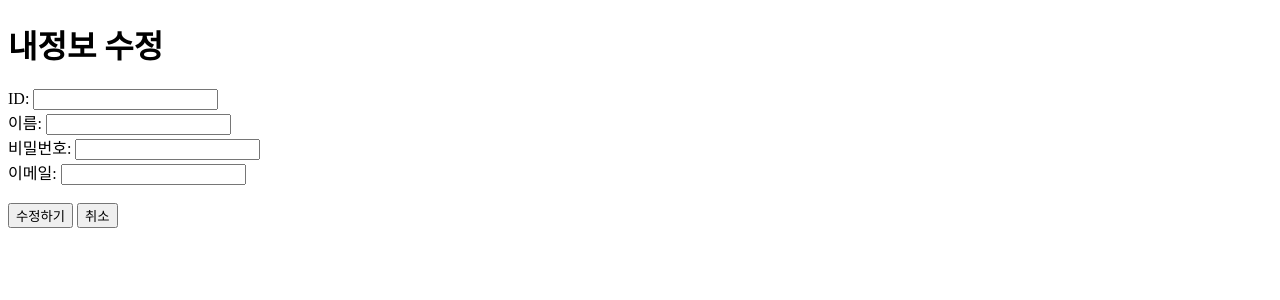
Repository: ejkim9090/FinalProject
Page: http://localhost/semiproject/myinfo
The author's editor kept a copy of each file at every save. The page is drawn from the files as they stood at one save, then again after the next save.
The browser window is 1280 px wide. The pictures show the whole page.
The page is served by Tomcat 9. Other server files are loaded and not shown.

Above is the page before, as saved 2023-02-21 12:01:08.
Console error: SyntaxError: Unexpected token '{'

### java/semiproject/WebContent/WEB-INF/view/myinfo.jsp
<%@ page language="java" contentType="text/html; charset=UTF-8"
    pageEncoding="UTF-8"%>
<%@ taglib prefix="c" uri="http://java.sun.com/jsp/jstl/core" %>
<!DOCTYPE html>
<head>
<meta charset="UTF-8"">
<title>내정보 수정</title>
<script src="https://code.jquery.com/jquery-3.6.3.js"></script>
</head>
<body>
	<h1>내정보 수정</h1>
		ID:
		<input type="text" value="${lgnss.id }" name="id">
		<br>
		이름:
		<input type="text" value="${lgnss.name }" name="name">
		<br>
		비밀번호:
		<input type="password" name="passwd" id="passwd">
		<span id="invaildChk"></span>
		<br>
		이메일:
		<input type="email" value="${lgnss.email }" name="email">
		<br><br>
		<button type="submit">수정하기</button>
		<button type="button" class="btn main">취소</button>
<script>
	$("#passwd").on("input", invalidChkPasswd);

	function invalidChkPasswd {
		let pass = $("#passwd").val();

		if(pass.length < 5) {
			$("#invaildChk").html("패스워드가 5글자 이하입니다. 5글자 이상으로 작성해 주세요.");
			$("#invaildChk").css("color", "red");
		} else {
			$("#invaildChk").html("패스워드가 5글자 이상입니다.");
			$("#invaildChk").css("color", "green");
		}
	}
</script>
</body>
</html>

### java/semiproject/src/kr/common/controller/MyinfoController.java
package kr.common.controller;

import java.io.IOException;
import java.util.List;

import javax.servlet.ServletException;
import javax.servlet.annotation.WebServlet;
import javax.servlet.http.HttpServlet;
import javax.servlet.http.HttpServletRequest;
import javax.servlet.http.HttpServletResponse;
import javax.servlet.http.HttpSession;
import javax.websocket.Session;

import kr.common.member.model.service.MemberService;
import kr.common.member.model.vo.MemberVo;

/**
 * Servlet implementation class MyinfoController
 */
@WebServlet("/myinfo")
public class MyinfoController extends HttpServlet {
	private static final long serialVersionUID = 1L;

    /**
     * @see HttpServlet#HttpServlet()
     */
    public MyinfoController() {
        super();
        // TODO Auto-generated constructor stub
    }

	/**
	 * @see HttpServlet#doGet(HttpServletRequest request, HttpServletResponse response)
	 */
	protected void doGet(HttpServletRequest request, HttpServletResponse response) throws ServletException, IOException {
		request.getRequestDispatcher("/WEB-INF/view/myinfo.jsp").forward(request, response);

	}

}

After the next save:
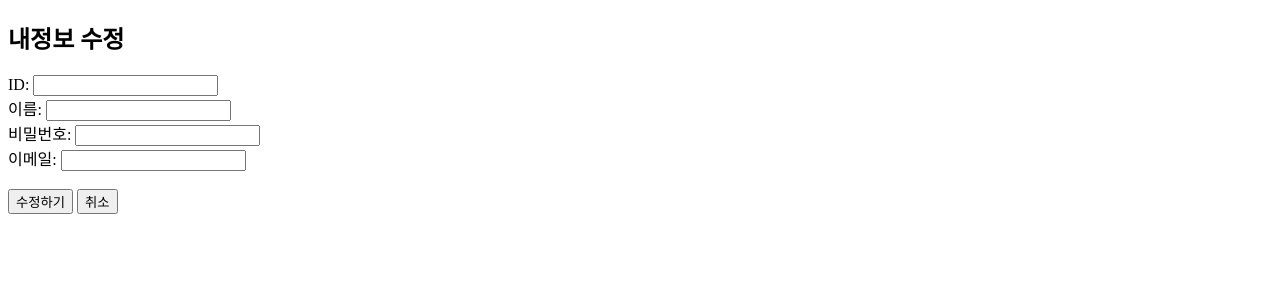
Saved 115 s later.
--- a/java/semiproject/WebContent/WEB-INF/view/myinfo.jsp
+++ b/java/semiproject/WebContent/WEB-INF/view/myinfo.jsp
@@ -7,8 +7,9 @@
 <title>내정보 수정</title>
 <script src="https://code.jquery.com/jquery-3.6.3.js"></script>
 </head>
-<body>
-	<h1>내정보 수정</h1>
+<body></body>
+	<section>
+		<h1>내정보 수정</h1>
 		ID:
 		<input type="text" value="${lgnss.id }" name="id">
 		<br>
@@ -24,7 +25,8 @@
 		<br><br>
 		<button type="submit">수정하기</button>
 		<button type="button" class="btn main">취소</button>
-<script>
+	</section>
+	<script>
 	$("#passwd").on("input", invalidChkPasswd);
 
 	function invalidChkPasswd {
